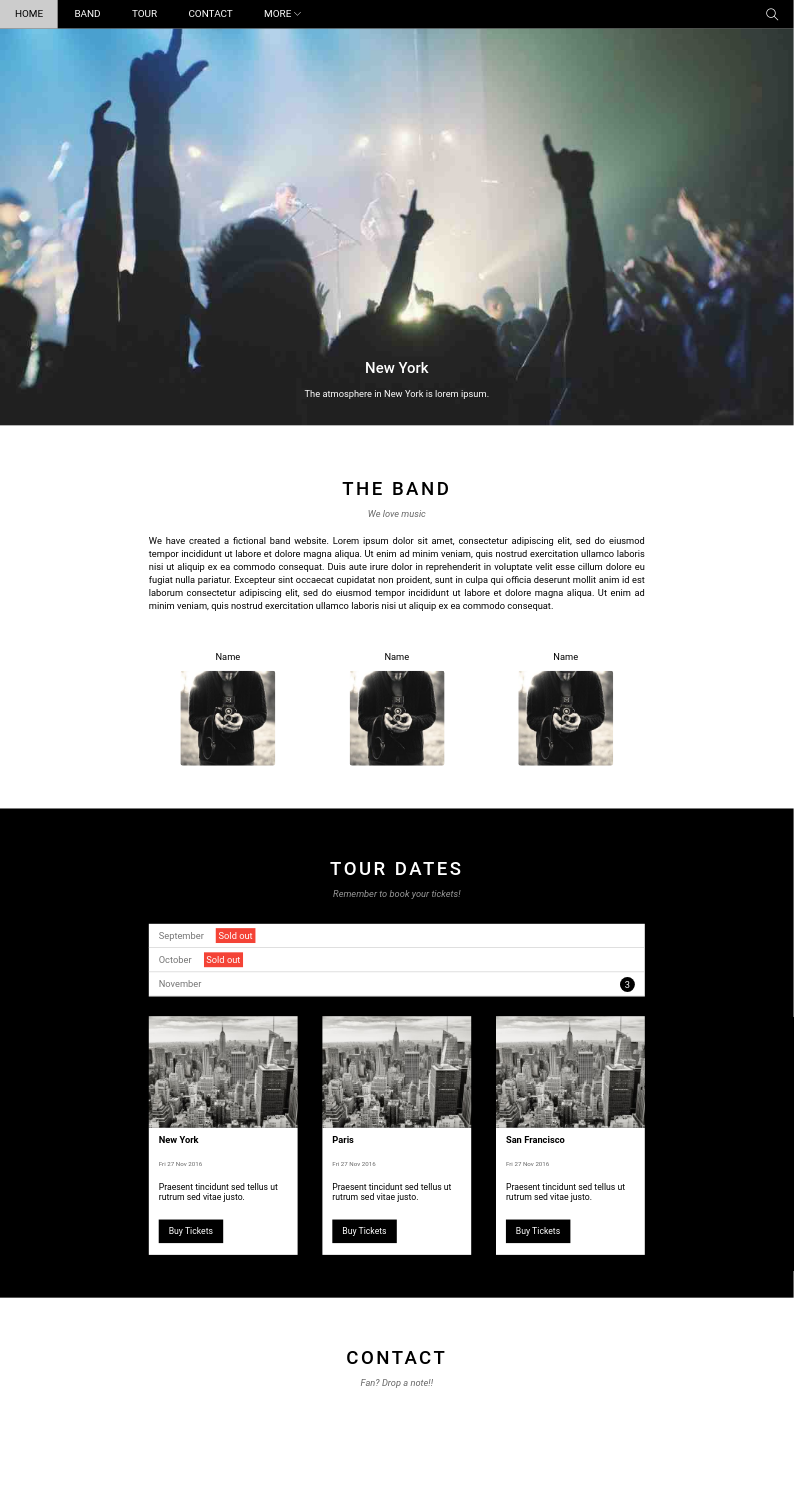
Repository: vuongld315/myLandingPage
Page: index.html
These files come from the project's save history. The page is drawn as it stood at one moment and after a run of saves; the edit follows.
The browser window is 1280 px wide. The pictures show the whole page, at 62% of full size.

Above is the page before, as saved 2022-07-27 11:06:26.

### index.html
<!DOCTYPE html>
<html lang="en">
<head>
    <meta charset="UTF-8">
    <meta http-equiv="X-UA-Compatible" content="IE=edge">
    <meta name="viewport" content="width=device-width, initial-scale=1.0">
    <title>Document</title>
    <link rel="stylesheet" href="./assets/css/main.css">
    <link rel="stylesheet" href="./assets/css/base.css">
    <link rel="stylesheet" href="./assets/fonts/themify-icons/themify-icons.css">
</head>
<body>
    <div id="main">
        <div id="header">
            <div id="nav">
                <ul>
                    <li><a href="">Home</a></li>
                    <li><a href="">Band</a></li>
                    <li><a href="">Tour</a></li>
                    <li><a href="">Contact</a></li>
                    <li>
                        <a href="#">
                            More
                            <i class="nav-arrow-down ti-angle-down"></i>
                        </a>
                        <ul class="subnav">
                            <li><a href="">Merchadise</a></li>
                            <li><a href="">Extras</a></li>
                            <li><a href="">Media</a></li>
                        </ul>
                    </li>
                </ul>
            </div>
            <div class="search-btn">
                <i class="search-icon ti-search"></i>
            </div>
        </div>

        <div id="slider">
            <div class="slider-faded">
                <img src="/assets/img/slider1.jpg" alt="">
                <div class="text-content">
                    <h2 class="text-heading">Chicago</h2>
                    <div class="text-desciption">Thank you, Chicago - A night we won't forget.</div>
                </div>
            </div>
            <div class="slider-faded">
                <img src="/assets/img/slider2.jpg" alt="">
                <div class="text-content">
                    <h2 class="text-heading">Los Angeles</h2>
                    <div class="text-desciption">We had the best time playing at Venice Beach!</div>
                </div>
            </div>
            <div class="slider-faded">
                <img src="/assets/img/slider3.jpg" alt="">
                <div class="text-content">
                    <h2 class="text-heading">New York</h2>
                    <div class="text-desciption">The atmosphere in New York is lorem ipsum.</div>
                </div>
            </div>
        </div>
        <div id="content">
            <!-- About section -->
            <div class="content-section">
                <h2 class="section-heading">THE BAND</h2>
                <p class="section-sub-heading">We love music</p>
                <p class="about-text">We have created a fictional band website. Lorem ipsum dolor sit amet, consectetur adipiscing elit, sed do eiusmod tempor incididunt ut labore et dolore magna aliqua. Ut enim ad minim veniam, quis nostrud exercitation ullamco laboris nisi ut aliquip ex ea commodo consequat. Duis aute irure dolor in reprehenderit in voluptate velit esse cillum dolore eu fugiat nulla pariatur. Excepteur sint occaecat cupidatat non proident, sunt in culpa qui officia deserunt mollit anim id est laborum consectetur adipiscing elit, sed do eiusmod tempor incididunt ut labore et dolore magna aliqua. Ut enim ad minim veniam, quis nostrud exercitation ullamco laboris nisi ut aliquip ex ea commodo consequat.</p>
                <div class="member-list">
                    <div class="member-item">
                        <p class="member-name">Name</p>
                        <div class="member-img">
                          <img src="./assets/img/bandmember.jpg" alt="" class="member-avata">
                        </div>
                    </div>
                    <div class="member-item">
                        <p class="member-name">Name</p>
                        <div class="member-img">
                          <img src="./assets/img/bandmember.jpg" alt="" class="member-avata">
                        </div>
                    </div>
                    <div class="member-item">
                        <p class="member-name">Name</p>
                        <div class="member-img">
                          <img src="./assets/img/bandmember.jpg" alt="" class="member-avata">
                        </div>
                    </div>
                </div>
            </div>
            <!-- Tour-section -->
            <div class="tour-section">
                <div class="content-section">
                    <h2 class="section-heading text-white">TOUR DATES</h2>
                    <p class="section-sub-heading text-white">Remember to book your tickets!</p>
                    <ul class="ticket-list">
                        <li>September <span class="sold-out">Sold out</span></li>
                        <li>October <span class="sold-out">Sold out</span></li>
                        <li>November <span class="quantity">3</span></li>
                    </ul>
                    <div class="tour-list-items">
                        <div class="tour-list-item">
                            <img src="./assets/img/newyork.jpg" alt="" class="tour-item-img">
                            <div class="tour-list-container">
                                <h2 class="tour-item-country">New York</h2>
                                <div class="tour-list-time">Fri 27 Nov 2016</div>
                                <p class="tour-list-text">Praesent tincidunt sed tellus ut rutrum sed vitae justo.</p>
                                <a href="#" class="tour-list-buttom text-white">Buy Tickets</a>
                            </div>
                        </div>
                        <div class="tour-list-item">
                            <img src="./assets/img/newyork.jpg" alt="" class="tour-item-img">
                            <div class="tour-list-container">
                                <h2 class="tour-item-country">Paris</h2>
                                <div class="tour-list-time">Fri 27 Nov 2016</div>
                                <p class="tour-list-text">Praesent tincidunt sed tellus ut rutrum sed vitae justo.</p>
                                <a href="#" class="tour-list-buttom text-white">Buy Tickets</a>
                            </div>
                        </div>
                        <div class="tour-list-item">
                            <img src="./assets/img/newyork.jpg" alt="" class="tour-item-img">
                            <div class="tour-list-container">
                                <h2 class="tour-item-country">San Francisco</h2>
                                <div class="tour-list-time">Fri 27 Nov 2016</div>
                                <p class="tour-list-text">Praesent tincidunt sed tellus ut rutrum sed vitae justo.</p>
                                <a href="#" class="tour-list-buttom text-white">Buy Tickets</a>
                            </div>
                        </div>
                    </div>
                </div>
            </div>
             <!-- Contact-section -->
            <div class="content-section">
                <h2 class="section-heading">CONTACT</h2>
                <p class="section-sub-heading">Fan? Drop a note!!</p>

            </div>
        </div>

        <div id="footer">

        </div>
    </div>
    <script src="./main.js"></script>
</body>
</html>

### assets/css/main.css
body    {
    margin: 0;
    padding: 0;
}

#header {
    height: 46px;
    background-color: #000;
    display: flex;
    align-items: center;
    justify-content: space-between;
    position: fixed;
    top: 0;
    right: 0;
    left: 0;
    z-index: 1;
}

#nav ul {
    padding: 0;
}

#nav li {
    display: inline-block;
    position: relative;
}

#nav > ul > li > a   {
    color: #fff;
    text-transform: uppercase;
    padding: 0 24px;
    line-height: 46px;
}

#nav li a   {
    text-decoration: none;
    font-size: 1.6rem;
    display: inline-block;

}

#nav .subnav li:hover,
#nav > ul > li:hover > a {
    color:#000;
    background-color: #ccc;

}

#nav > ul > li:hover .subnav    {
    display: block;
}

#nav .subnav    {
    display: none;
    position: absolute;
    background-color: #fff;
    width: 160px;
    box-shadow: 0 0 10px rgba(0 ,0 ,0 , .3);
}

#nav .subnav li {
    width: 100%;
    list-style: none;
    padding: 12px;

}

#nav .subnav a  {
    color: #000;
    font-size: 1.4rem;
}

.nav-arrow-down {
    font-size: 1.2rem;
}

#header .search-btn {
    font-size: 20px;
    color: #fff;
    padding: 13px 24px;
    height: 100%;
}

#header .search-btn:hover   {
    background-color: #f44336;
    cursor: pointer;
}

#slider {
    margin-top: 46px;
    position: relative;
}

.slider-faded img   {
    width: 100%;
}

.text-content  {
    position: absolute;
    color: #fff;
    bottom: 48px;
    width: 100%;
    text-align: center;
}

.text-heading   {
    font-weight: 500;
    font-size: 24px;
}

.text-desciption    {
    font-size: 15px;
    margin-top: 25px;
}
.text-white {
    color: #fff !important;
}

/* about section */

#content .content-section   {
    width: 800px;
    margin: 0 auto;
    padding: 64px 0;
}

#content .content-section .section-heading  {
    font-size: 30px;
    font-weight: 500;
    text-align: center;
    letter-spacing: 4px;
}

#content .content-section .section-sub-heading  {
    font-size: 15px;
    text-align: center;
    margin-top: 25px;
    font-style: italic;
    opacity: 0.6;
}

#content .content-section .about-text   {
    text-align: justify;
    font-size: 15px;
    margin-top: 25px;
    line-height: 1.4;
}

#content .content-section .member-list  {
    margin-top: 48px;
    display: flex;
    justify-content: space-between;
    align-items: center;
}

#content .content-section .member-name  {
    font-size: 15px;
    text-align: center;
}

#content .content-section .member-img   {
    text-align: center;
}

#content .content-section .member-avata {
    width: 60%;
    border-radius: 4px;
}


/* tour section */

#content .tour-section  {
    background-color: #000;
}

#content .tour-section .ticket-list {
    background-color: #fff;
    margin-top: 40px;
    padding: 0;
}

#content .tour-section .ticket-list > li    {
    list-style: none;
    font-size: 15px;
    padding: 11px 16px;
    margin-left: 0;
    border-bottom: 1px solid #ccc;
    color: #757575;
}

#content .tour-section .ticket-list .sold-out   {
    background-color: #f44336;
    color: #fff;
    padding: 3px 4px;
    margin-left: 16px;
}

#content .tour-section .ticket-list .quantity   {
    float: right;
    width: 24px;
    height: 24px;
    background-color: #000;
    color: #fff;
    border-radius: 50%;
    text-align: center;
    line-height: 24px;
    margin-top: -3px;
}

#content .tour-section .tour-list-items  {
    background-color: #000;
    display: flex;
    justify-content: space-between;
    margin-top: 32px;
}

#content .tour-section .tour-list-item {
    width: 30%;
    height: 390px;
    display: flex;
    flex-direction: column;
}

.tour-item-img  {
    width: 100%;
}

.tour-item-img:hover    {
    opacity: 0.6;
}

.tour-list-container    {
    padding-left: 16px;
    background-color: #fff;
    height: 205px;
}

.tour-list-time {
    opacity: 0.6;
    padding: 10px 0 20px;
}

.tour-list-text {
    font-size: 1.4rem;
    margin-top: 0;
}

.tour-list-buttom   {
    padding: 11px 16px;
    text-decoration: none;
    background-color: #000;
    font-size: 1.4rem;
    margin-top: 15px;
    display: inline-block;

}

.tour-list-buttom:hover   {
    opacity: 0.6;
}
#footer {

}

### assets/css/base.css
*   {
    box-sizing: inherit;
}

body    {
    padding-bottom:100px ;
}

html    {
    font-size: 62.5%;
    line-height: 1.6rem;
    font-family: 'Roboto', sans-serif;
    box-sizing: border-box;
}

.gird   {
    width: 1200px;
    max-width: 100%;
    margin: 0 auto;
}

.gird__full-width   {
    width: 100%;
}

.gird__row  {
    display: flex;
    flex-wrap: wrap;
}

### main.js
var slideIndex = 0;
var slides = document.querySelectorAll('.slider-faded');
function showSlides()   {
    for (var i = 0; i < slides.length; i++) {
        slides[i].style.display = "none";
    }
    slideIndex++;
    if (slideIndex > slides.length) {
        slideIndex = 1
    }
    slides[slideIndex-1].style.display = "block";
    setTimeout(showSlides, 2000);
}
showSlides();

Loaded but not shown: assets/fonts/themify-icons/themify-icons.css (common file)

After the next 4 saves:
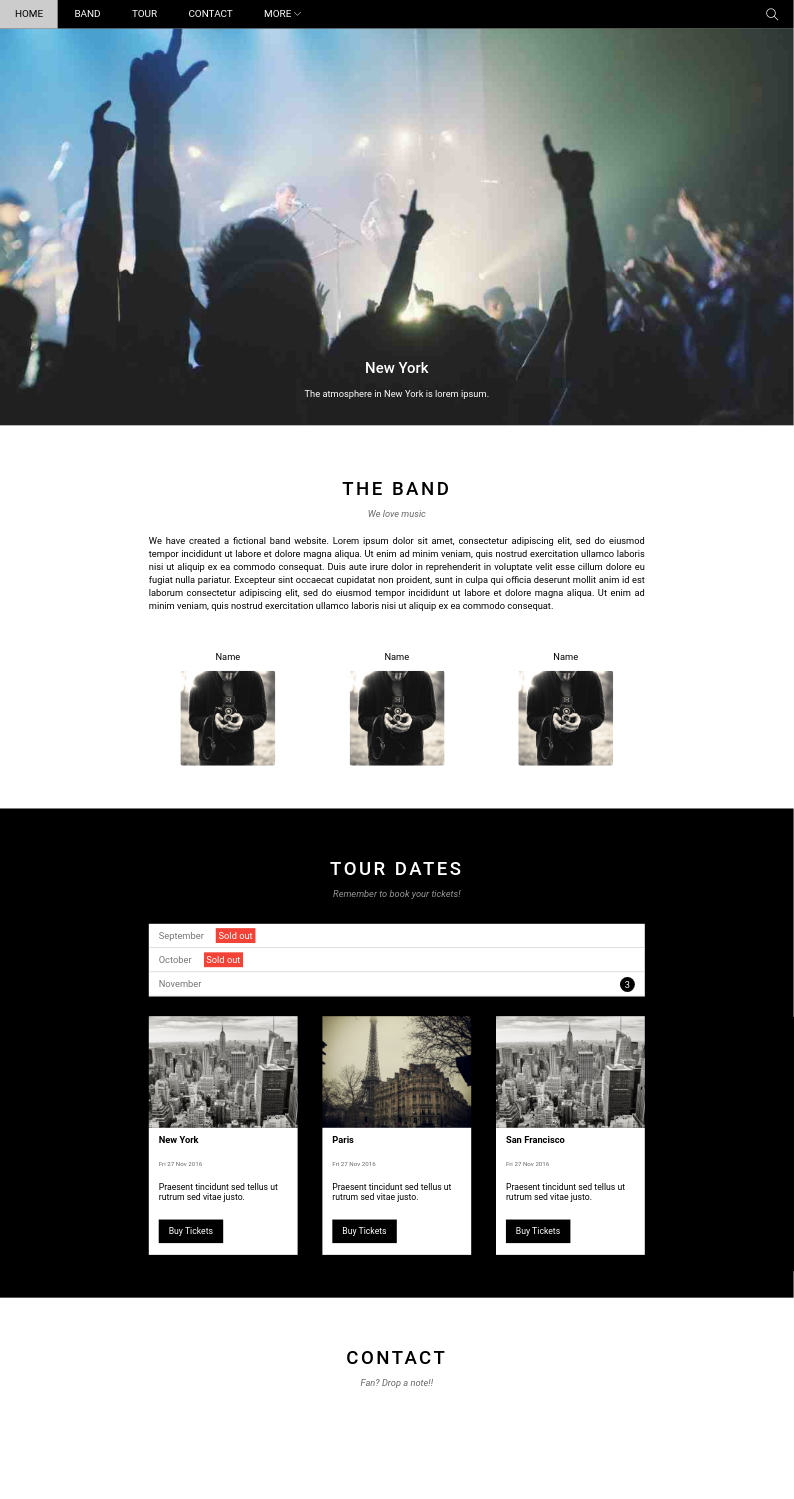
The 4 saves are shown as one change because they came seconds apart.
The last was saved 35 s later.
--- a/index.html
+++ b/index.html
@@ -107,7 +107,7 @@
                             </div>
                         </div>
                         <div class="tour-list-item">
-                            <img src="./assets/img/newyork.jpg" alt="" class="tour-item-img">
+                            <img src="./assets/img/paris.jpg" alt="" class="tour-item-img">
                             <div class="tour-list-container">
                                 <h2 class="tour-item-country">Paris</h2>
                                 <div class="tour-list-time">Fri 27 Nov 2016</div>
